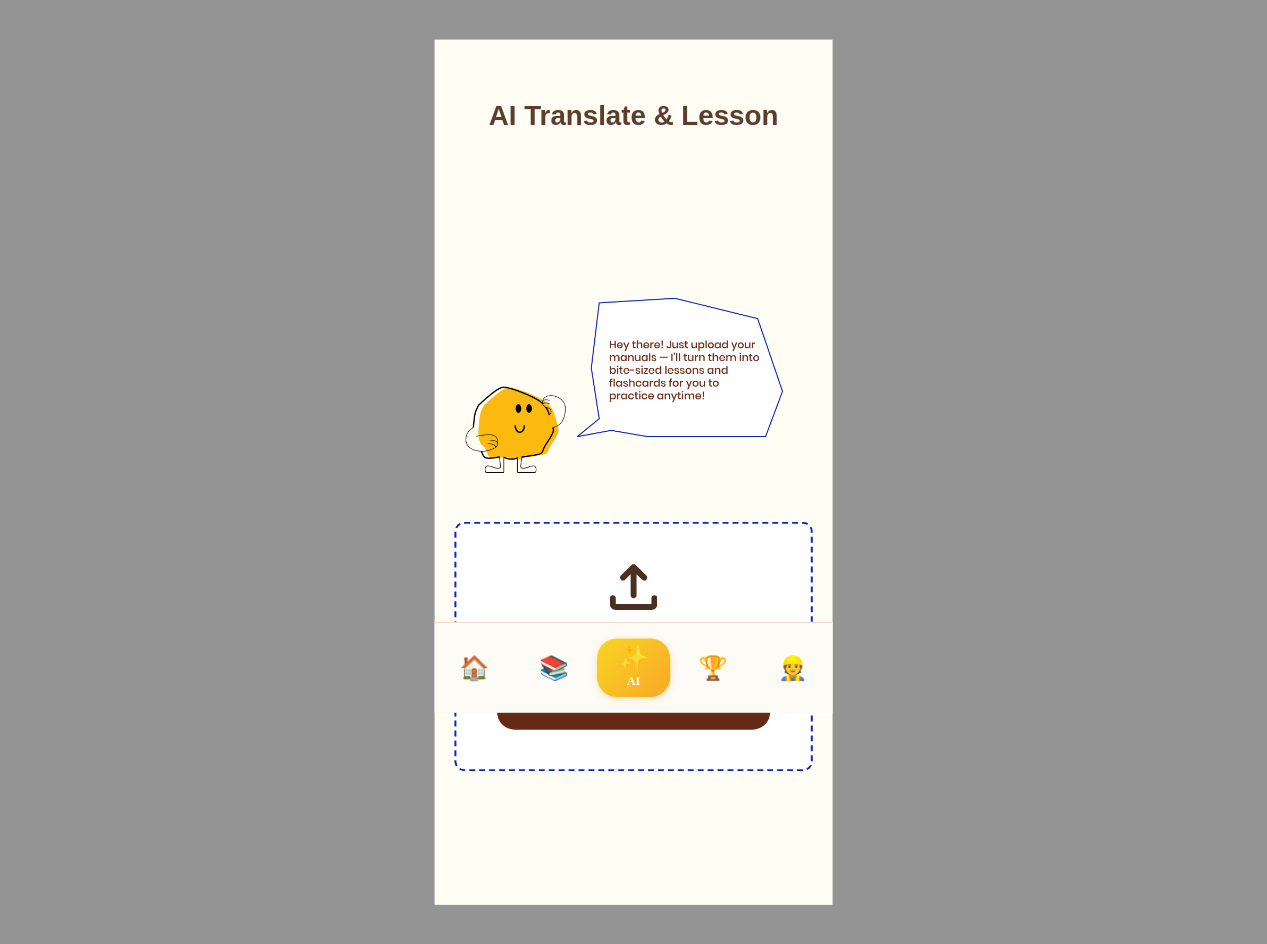
Repository: richelletiongson/Jargon_FrontendShowcase
Page: / (app in jargon_frontend/)
These files come from the project's save history. The page is drawn as it stood at one moment and after a run of saves; the edit follows.
The browser window is 1280 px wide. The pictures show the whole page, at 99% of full size.
The project was rebuilt for these pictures with package versions that can differ from the ones it lists, and the page was loaded fresh each time. Also part of the build but not shown: jargon_frontend/vite.config.js, jargon_frontend/src/index.css, jargon_frontend/src/home_pages/Home.jsx, jargon_frontend/src/course_pages/Course.jsx, jargon_frontend/src/charts_pages/Charts.jsx, jargon_frontend/src/profile_pages/Profile.jsx.

Above is the page before, as saved 2025-10-22 17:27:26.

### jargon_frontend/index.html
<!doctype html>
<html lang="en">
  <head>
    <meta charset="UTF-8" />
    <link rel="icon" type="image/svg+xml" href="/vite.svg" />
    <meta name="viewport" content="width=device-width, initial-scale=1.0" />
    <title>jargon_frontend</title>
  </head>
  <body>
    <div id="root"></div>
    <script type="module" src="/src/main.jsx"></script>
  </body>
</html>

### jargon_frontend/src/App.jsx
import './App.css'
import NavBar from "./components/NavBar";
import { BrowserRouter, Routes, Route } from "react-router-dom";
import Home from "./home_pages/Home";
import Course from "./course_pages/Course";
import AI from "./ai_pages/AI";
import Charts from "./charts_pages/Charts";
import Profile from "./profile_pages/Profile";

function App() {
  return (
    <BrowserRouter>
            <div className='page'>
                <main className='main-content'>
                    <Routes>
                        <Route
                            path='/'
                            element={<AI />}
                        />
                        <Route
                            path='/home'
                            element={<Home />}
                        />
                        <Route
                            path='/course'
                            element={<Course />}
                        />
                        <Route
                            path='/ai'
                            element={<AI />}
                        />
                        <Route
                            path='/charts'
                            element={<Charts />}
                        />
                        <Route
                            path='/profile'
                            element={<Profile />}
                        />

                    </Routes>
                </main>
                <NavBar />
            </div>
        </BrowserRouter>
  )
}

export default App

### jargon_frontend/src/App.css
* {
  padding: 0;
  margin: 0;
}
main {
  background-color: #949494;
  padding: 0 0 80px 0;
}

### jargon_frontend/src/components/NavBar.jsx
import React from 'react';
import { Link, useLocation } from 'react-router-dom';
import './NavBar.css';

const NavBar = () => {
  const location = useLocation();

  return (
    <div className="bottom-nav">
      <Link to="/home" className={`nav-item ${location.pathname === '/home' ? 'active' : ''}`}>
        <div className="nav-icon">🏠</div>
      </Link>
      <Link to="/course" className={`nav-item ${location.pathname === '/course' ? 'active' : ''}`}>
        <div className="nav-icon">📚</div>
      </Link>
      <Link to="/" className={`nav-item ${location.pathname === '/' ? 'active' : ''}`}>
        <div className="nav-icon">✨</div>
        <span className="nav-text">AI</span>
      </Link>
      <Link to="/charts" className={`nav-item ${location.pathname === '/charts' ? 'active' : ''}`}>
        <div className="nav-icon">🏆</div>
      </Link>
      <Link to="/profile" className={`nav-item ${location.pathname === '/profile' ? 'active' : ''}`}>
        <div className="nav-icon">👷</div>
      </Link>
    </div>
  );
};

export default NavBar;

### jargon_frontend/src/ai_pages/AI.jsx
import React, { useState } from 'react';
import './AI.css';
import UploadIcon from '../assets/Upload_Icon.svg';
import RockyImage from '../assets/AI_Rocky.PNG';

const AI = () => {
  const [selectedFile, setSelectedFile] = useState(null);

  const handleFileChange = (event) => {
    const file = event.target.files[0];
    if (file) {
      setSelectedFile(file);
    }
  };

  return (
    <div className="ai-page">
      <div className="main-content">
        <h1 className="page-title">AI Translate & Lesson</h1>
        <div className='rocky-container'>
          <img src={RockyImage} alt="Rocky" className="rocky-image" />
        </div>
        <div className="file-upload-container">
          <div className="file-upload-area">
            <img src={UploadIcon} alt="Upload" className="upload-icon" />
            <p className="upload-text">Upload your PDF file (max 50 MB)</p>
            <input
              type="file"
              id="file-input"
              accept=".pdf"
              onChange={handleFileChange}
              style={{ display: 'none' }}
            />
            <label htmlFor="file-input" className="choose-file-btn">
              Choose file
            </label>
            {selectedFile && (
              <p className="selected-file">Selected: {selectedFile.name}</p>
            )}
          </div>
        </div>
      </div>
    </div>
  );
};

export default AI;

### jargon_frontend/src/components/NavBar.css
/* Bottom Navigation Styles */
.bottom-nav {
  display: flex;
  justify-content: space-around;
  align-items: center;
  background-color: #FDFBF6;
  padding: 16px 0;
  width: 402px;
  border-top: 1px solid #E8D5C4;
  position: fixed;
  bottom: 0;
  left: 50%;
  transform: translateX(-50%);
  z-index: 100;
}

.nav-item {
  display: flex;
  flex-direction: column;
  align-items: center;
  gap: 4px;
  padding: 8px 12px;
  border-radius: 20px;
  transition: all 0.3s ease;
  cursor: pointer;
  min-width: 50px;
  text-decoration: none;
  color: inherit;
}

.nav-item:hover {
  background-color: #F5F0E8;
}

.nav-item.active {
  background: linear-gradient(135deg, #F9D423 0%, #F9A826 100%);
  color: white;
  box-shadow: 0 2px 8px rgba(249, 164, 38, 0.3);
}

.nav-icon {
  font-size: 24px;
  line-height: 1;
}

.nav-text {
  font-size: 12px;
  font-weight: 600;
  color: inherit;
}

.nav-item:not(.active) .nav-icon {
  color: #5C3D2E;
}

/* Responsive Design */
@media (max-width: 480px) {
  .nav-icon {
    font-size: 20px;
  }

  .nav-text {
    font-size: 10px;
  }
}

### jargon_frontend/src/home_pages/Home.css
/* Home Page Styles */
.home-page {
  min-height: 874px;
  width: 402px;
  background-color: #FFFDF4;
  display: flex;
  flex-direction: column;
  font-family: poppins, sans-serif;
  margin: 0;
  padding: 0;
}

.status-bar {
  display: flex;
  justify-content: space-between;
  align-items: center;
  padding: 12px 20px;
  background-color: #FDFBF6;
  color: #5C3D2E;
  font-size: 16px;
  font-weight: 600;
}

.status-icons {
  display: flex;
  gap: 8px;
  font-size: 18px;
}

.main-content {
  flex: 1;
  padding: 40px 20px;
  display: flex;
  flex-direction: column;
  align-items: center;
  justify-content: center;
  text-align: center;
}

.page-title {
  font-size: 28px;
  font-weight: bold;
  color: #5C3D2E;
  margin-bottom: 20px;
}

.coming-soon {
  color: #5C3D2E;
  font-size: 18px;
  opacity: 0.7;
}

### jargon_frontend/src/course_pages/Course.css
/* Course Page Styles */
.course-page {
  min-height: 874px;
  width: 402px;
  background-color: #FFFDF4;
  display: flex;
  flex-direction: column;
  font-family: poppins, sans-serif;
  margin: 0;
  padding: 0;
}

.status-bar {
  display: flex;
  justify-content: space-between;
  align-items: center;
  padding: 12px 20px;
  background-color: #FDFBF6;
  color: #5C3D2E;
  font-size: 16px;
  font-weight: 600;
}

.status-icons {
  display: flex;
  gap: 8px;
  font-size: 18px;
}

.main-content {
  flex: 1;
  padding: 40px 20px;
  display: flex;
  flex-direction: column;
  align-items: center;
  justify-content: center;
  text-align: center;
}

.page-title {
  font-size: 28px;
  font-weight: bold;
  color: #5C3D2E;
  margin-bottom: 20px;
}

.coming-soon {
  color: #5C3D2E;
  font-size: 18px;
  opacity: 0.7;
}

### jargon_frontend/src/ai_pages/AI.css
/* AI Page Styles */
.ai-page {
  min-height: 874px;
  width: 402px;
  background-color: #FFFDF4;
  display: flex;
  flex-direction: column;
  font-family: poppins, sans-serif;
}

/* Main Content */

.main-content {
  flex: 1;
  padding-top: 0;
  display: flex;
  flex-direction: column;
  align-items: center;
  justify-content: flex-start;
  text-align: center;
}

.page-title {
  font-size: 28px;
  font-weight: bold;
  color: #5C3D2E;
  padding: 0 20px 0 20px;
  line-height: 1.2;
}

.rocky-container {
  display: flex;
  justify-content: center;
  align-items: center;
  padding-top: 100px;

}

.rocky-image {
  width: 120%;
  max-width: 120%;
  height: auto;
  border-radius: 8px;
}

.file-upload-container {
  width: 100%;
  max-width: 400px;
  margin: 0 auto;
  padding-bottom: 75px;
}

.file-upload-area {
  background-color: white;
  border: 2px dashed #0828C0;
  border-radius: 10px;
  padding: 40px 20px;
  display: flex;
  flex-direction: column;
  align-items: center;
  gap: 20px;
}

.upload-icon {
  width: 48px;
  height: 48px;
  color: #6F2E17;
  margin-bottom: 10px;
}

.upload-text {
  color: #5C3D2E;
  font-size: 16px;
  margin: 0;
  line-height: 1.4;
}

.choose-file-btn {
  background-color: #652A15;
  color: white;
  border-radius: 18px;
  border: none;
  font-size: 16px;
  font-weight: 600;
  display: flex;
  justify-content: center;
  align-items: center;
  width: 276px;
  height: 48px;
}

.selected-file {
  color: #5C3D2E;
  font-size: 14px;
  margin: 10px 0 0 0;
  font-style: italic;
}

### jargon_frontend/src/charts_pages/Charts.css
/* Charts Page Styles */
.charts-page {
  min-height: 874px;
  width: 402px;
  background-color: #FFFDF4;
  display: flex;
  flex-direction: column;
  font-family: poppins, sans-serif;
  margin: 0;
  padding: 0;
}

.status-bar {
  display: flex;
  justify-content: space-between;
  align-items: center;
  padding: 12px 20px;
  background-color: #FDFBF6;
  color: #5C3D2E;
  font-size: 16px;
  font-weight: 600;
}

.status-icons {
  display: flex;
  gap: 8px;
  font-size: 18px;
}

.main-content {
  flex: 1;
  padding: 40px 20px;
  display: flex;
  flex-direction: column;
  align-items: center;
  justify-content: center;
  text-align: center;
}

.page-title {
  font-size: 28px;
  font-weight: bold;
  color: #5C3D2E;
  margin-bottom: 20px;
}

.coming-soon {
  color: #5C3D2E;
  font-size: 18px;
  opacity: 0.7;
}

### jargon_frontend/src/profile_pages/Profile.css
/* Profile Page Styles */
.profile-page {
  min-height: 874px;
  width: 402px;
  background-color: #FFFDF4;
  display: flex;
  flex-direction: column;
  font-family: poppins, sans-serif;
  margin: 0;
  padding: 0;
}

.status-bar {
  display: flex;
  justify-content: space-between;
  align-items: center;
  padding: 12px 20px;
  background-color: #FDFBF6;
  color: #5C3D2E;
  font-size: 16px;
  font-weight: 600;
}

.status-icons {
  display: flex;
  gap: 8px;
  font-size: 18px;
}

.main-content {
  flex: 1;
  padding: 40px 20px;
  display: flex;
  flex-direction: column;
  align-items: center;
  justify-content: center;
  text-align: center;
}

.page-title {
  font-size: 28px;
  font-weight: bold;
  color: #5C3D2E;
  margin-bottom: 20px;
}

.coming-soon {
  color: #5C3D2E;
  font-size: 18px;
  opacity: 0.7;
}

Loaded but not shown: jargon_frontend/src/main.jsx (common file)

After the next 2 saves:
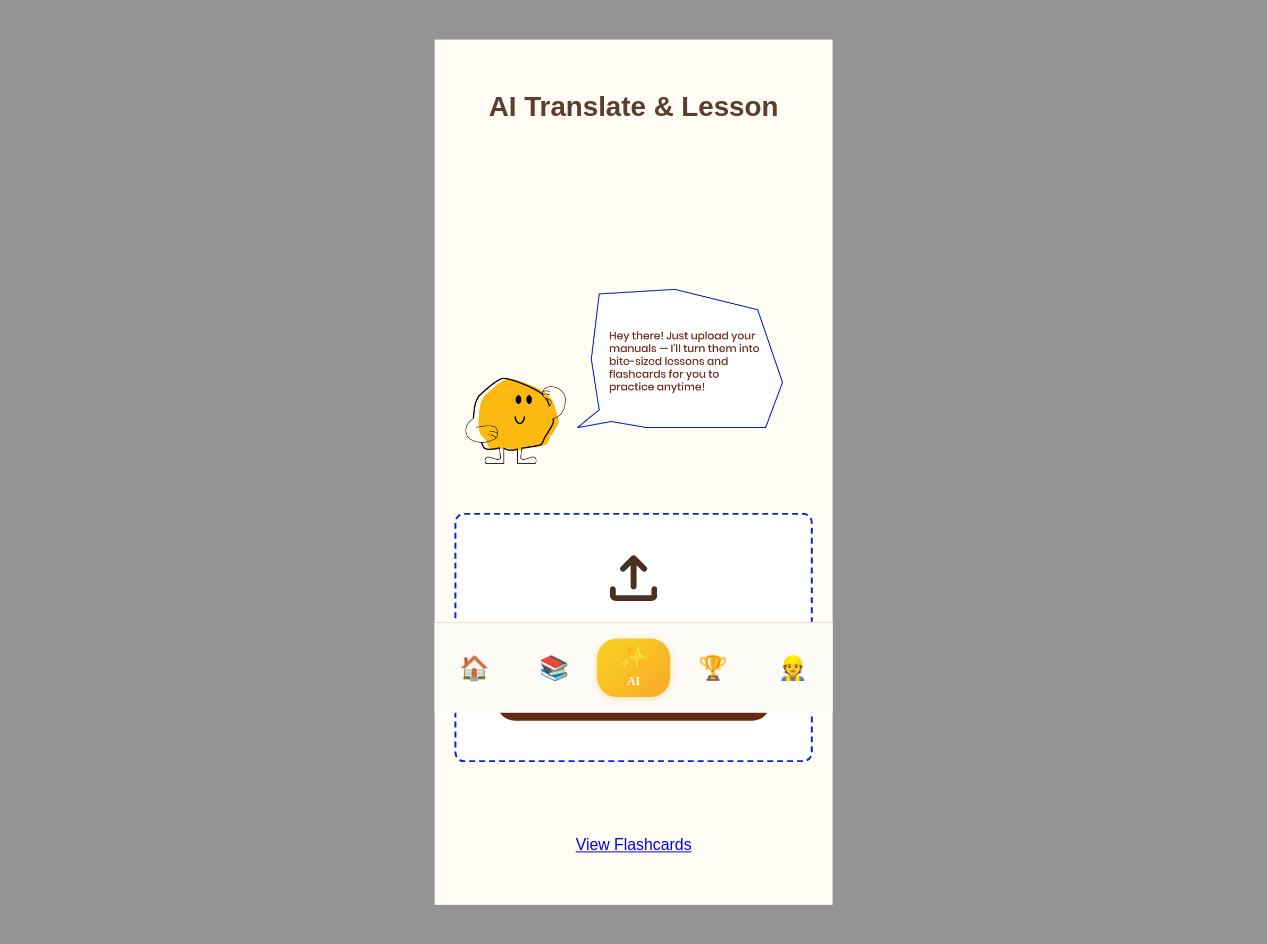
The 2 saves are shown as one change because they came seconds apart.
The last was saved 2 min 29 s later.
--- a/jargon_frontend/src/ai_pages/AI.jsx
+++ b/jargon_frontend/src/ai_pages/AI.jsx
@@ -1,4 +1,5 @@
 import React, { useState } from 'react';
+import { Link } from 'react-router-dom';
 import './AI.css';
 import UploadIcon from '../assets/Upload_Icon.svg';
 import RockyImage from '../assets/AI_Rocky.PNG';
@@ -39,6 +40,11 @@ const AI = () => {
             )}
           </div>
         </div>
+        <div className="flashcard-link">
+          <Link to="/flashcards" className="flashcard-btn">
+            View Flashcards
+          </Link>
+        </div>
       </div>
     </div>
   );
